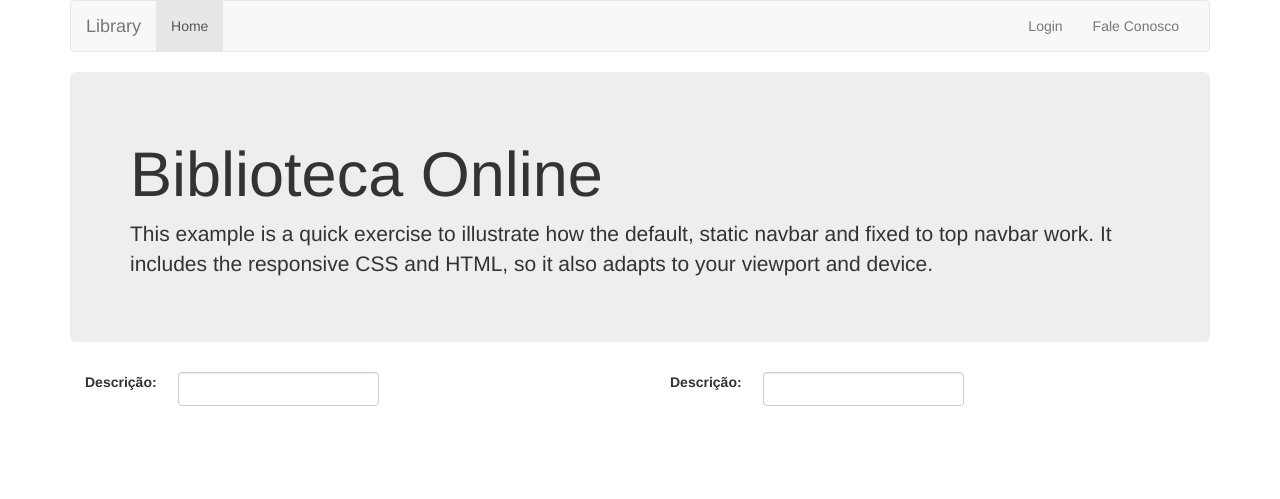
Repository: stefanyco/biblioteca
Page: http://localhost/Biblioteca/cabecalho.jsp
These files come from the project's save history. The page is drawn as it stood at one moment and after the next save; the edit follows.
The browser window is 1280 px wide. The pictures show the whole page.
The page is served by Tomcat 9. Other server files are loaded and not shown.

Above is the page before, as saved 2016-11-08 21:44:04.

### Sistema Biblioteca/Biblioteca/WebContent/cabecalho.jsp
<%@ page language="java" contentType="text/html; charset=ISO-8859-1"
	pageEncoding="ISO-8859-1"%>
<!DOCTYPE html PUBLIC "-//W3C//DTD HTML 4.01 Transitional//EN" "http://www.w3.org/TR/html4/loose.dtd">
<html>
<head>
<meta http-equiv="Content-Type" content="text/html; charset=ISO-8859-1">
<link href="bootstrap.min.css" rel="stylesheet">
</head>
<body>

	<div class="container">

		<!-- Static navbar -->
		<nav class="navbar navbar-default">
		<div class="container-fluid">
			<div class="navbar-header">
				<a class="navbar-brand" href="#">Library</a>
			</div>
			<div id="navbar" class="navbar-collapse collapse">
				<ul class="nav navbar-nav">
					<li class="active"><a href="#">Home</a></li>
				</ul>
				<ul class="nav navbar-nav navbar-right">
					<li><a href="login.jsp">Login</a></li>
					<li><a href="contato.jsp">Fale Conosco</a></li>
				</ul>
			</div>
			<!--/.nav-collapse -->
		</div>
		<!--/.container-fluid --> </nav>

		<!-- Main component for a primary marketing message or call to action -->
		<div class="jumbotron">
			<h1>Biblioteca Online</h1>
			<p>This example is a quick exercise to illustrate how the
				default, static navbar and fixed to top navbar work. It includes the
				responsive CSS and HTML, so it also adapts to your viewport and
				device.</p>
		</div>

	</div>
	<!-- /container -->
	<div class="container">
		<div class="row">
			 <div class="col-md-6">
			 	<div class="form-group">
						<label for="nome" class="col-xs-2 control-label">Descrição:</label>
						<div class="col-xs-5">
							<input type="text" class="form-control" name="nome" required maxlength="50">
						</div>
					</div>
			 </div>
			  <div class="col-md-6">
			 	<div class="form-group">
						<label for="nome" class="col-xs-2 control-label">Descrição:</label>
						<div class="col-xs-5">
							<input type="text" class="form-control" name="nome" required maxlength="50">
						</div>
					</div>
			 </div>

		</div>
	</div>

</body>
</html>

Loaded but not shown: Sistema Biblioteca/Biblioteca/WebContent/bootstrap.min.css (library)

After the next save:
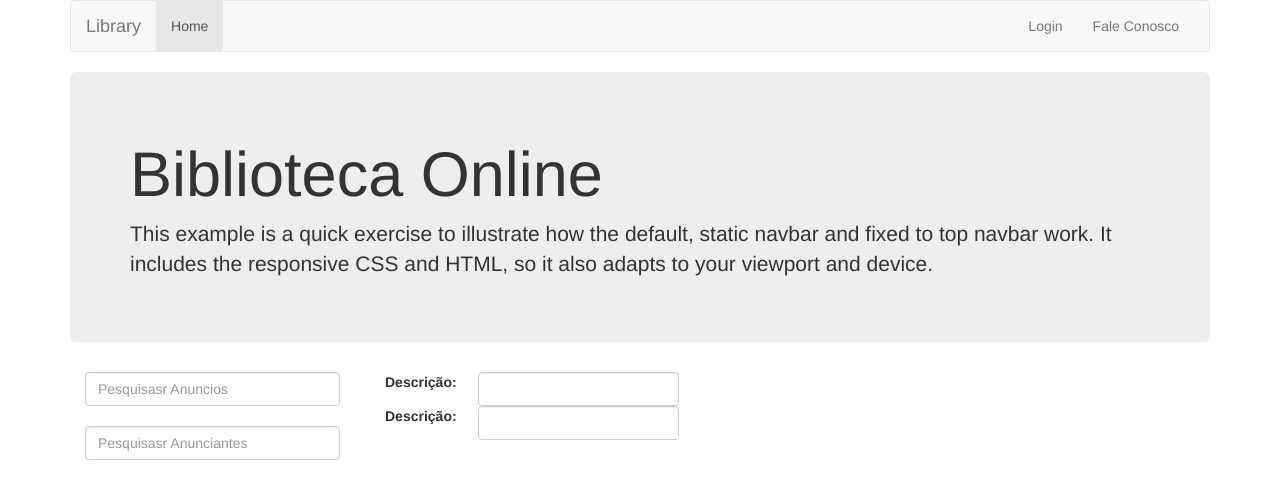
Saved 45 s later.
--- a/Sistema Biblioteca/Biblioteca/WebContent/cabecalho.jsp
+++ b/Sistema Biblioteca/Biblioteca/WebContent/cabecalho.jsp
@@ -41,6 +41,11 @@
 	</div>
 	<!-- /container -->
 	<div class="container">
+		<div class="col-md-3">
+					<input type="text" class="form-control" placeholder="Pesquisasr Anuncios">
+					</br>
+					<input type="text" class="form-control" placeholder="Pesquisasr Anunciantes">
+					</div>
 		<div class="row">
 			 <div class="col-md-6">
 			 	<div class="form-group">
